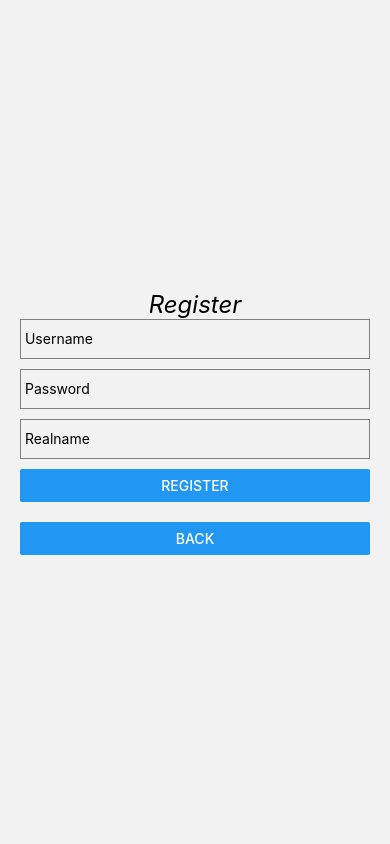
Repository: RidenShogunei/reactnative--make-an-app
Screen: /register (app in Myapp/)
An editor plug-in stored every save of this project. The screen is shown before and after a run of saves, followed by the edit.
The app was drawn by React Native's web renderer in a window 390 px wide. The project was rebuilt for these pictures with package versions that can differ from the ones it lists, and the page was loaded fresh each time. Also part of the build but not shown: Myapp/pages/main.jsx.

Above is the screen before, as saved 2024-04-20 20:54:38.

After the next 2 saves:
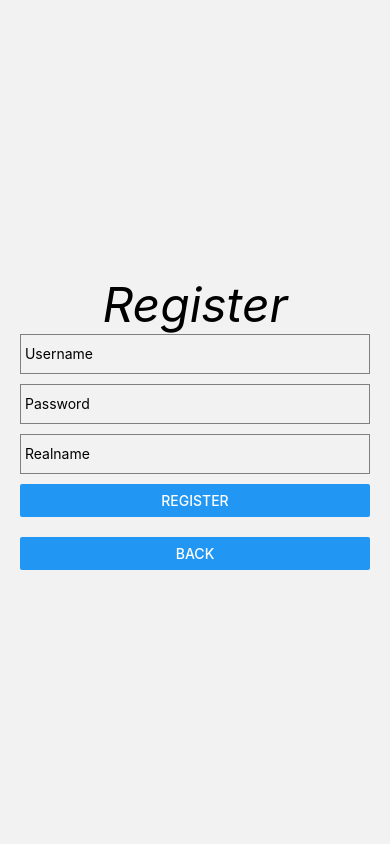
The 2 saves are shown as one change because they came seconds apart.
The last was saved 12 s later.
--- a/Myapp/pages/register.jsx
+++ b/Myapp/pages/register.jsx
@@ -71,7 +71,7 @@ const styles = StyleSheet.create({
   title: {
     textAlign: "center", // 文本居中
     fontStyle: "italic", // 文本斜体
-    fontSize: 24, // 文本大小设为24
+    fontSize: 48, // 文本大小设为24
   },
 });
 
